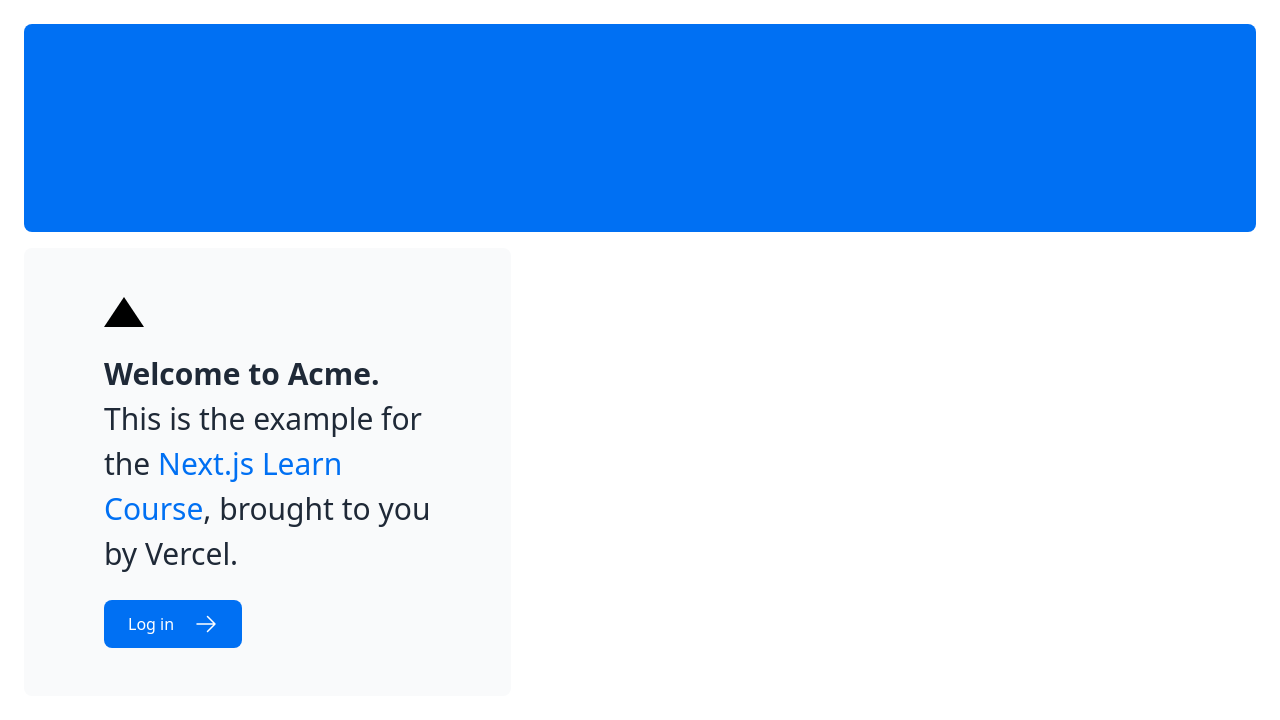
Repository: msjrdev/nextjs-dashboard
Page: /
The author's editor kept a copy of each file at every save. The page is drawn from the files as they stood at one save, then again after a run of saves.
The browser window is 1280 px wide. The pictures show the whole page.
The project was rebuilt for these pictures with package versions that can differ from the ones it lists, and the page was loaded fresh each time. The framework's server and built-in components were replaced by stand-ins that run in the browser. Also part of the build but not shown: next.config.js.

Above is the page before, as saved 2024-01-04 22:01:34.

After the next 2 saves:
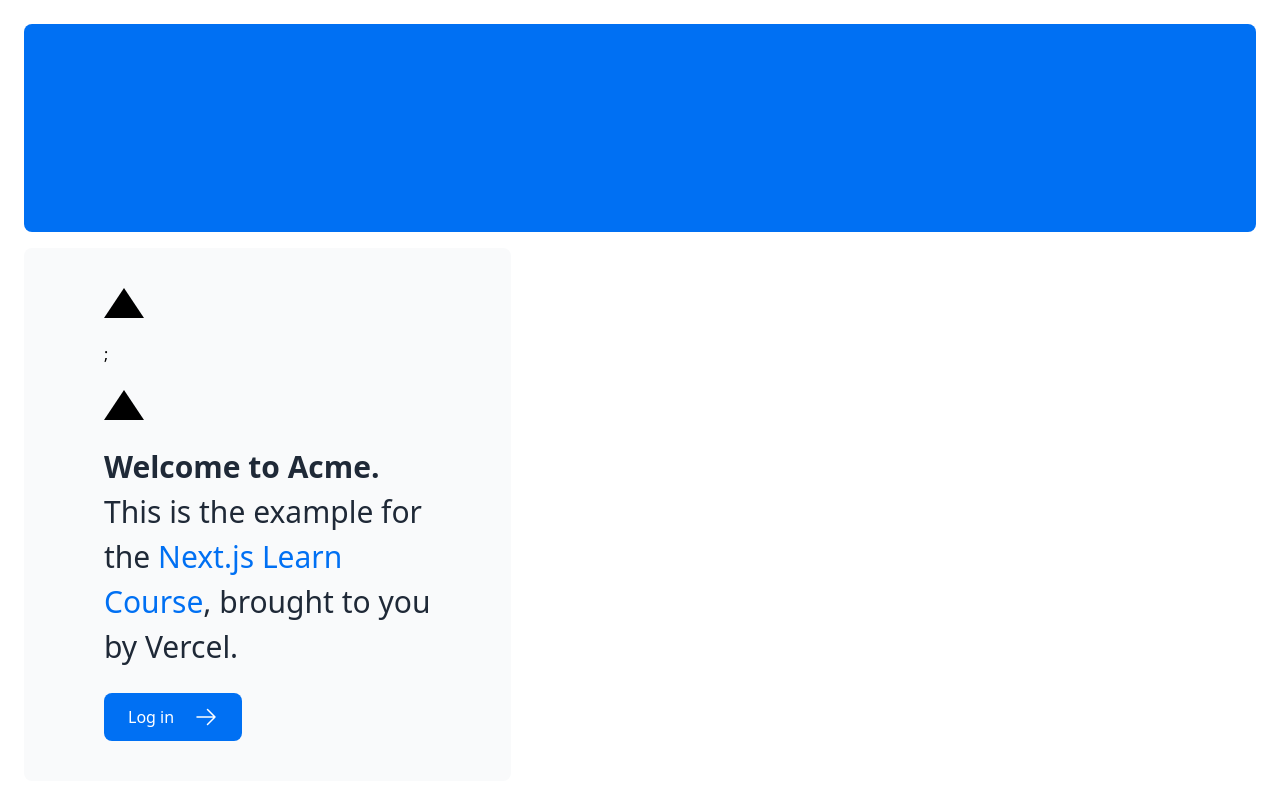
The 2 saves are shown as one change because they came seconds apart.
The last was saved 73 s later.
--- a/app/page.tsx
+++ b/app/page.tsx
@@ -11,6 +11,7 @@
       </div>
       <div className="mt-4 flex grow flex-col gap-4 md:flex-row">
         <div className="flex flex-col justify-center gap-6 rounded-lg bg-gray-50 px-6 py-10 md:w-2/5 md:px-20">
+        <div className={styles.shape}></div>;
         <div
         className="h-0 w-0 border-b-[30px] border-l-[20px] border-r-[20px] border-b-black border-l-transparent border-r-transparent"
       />
